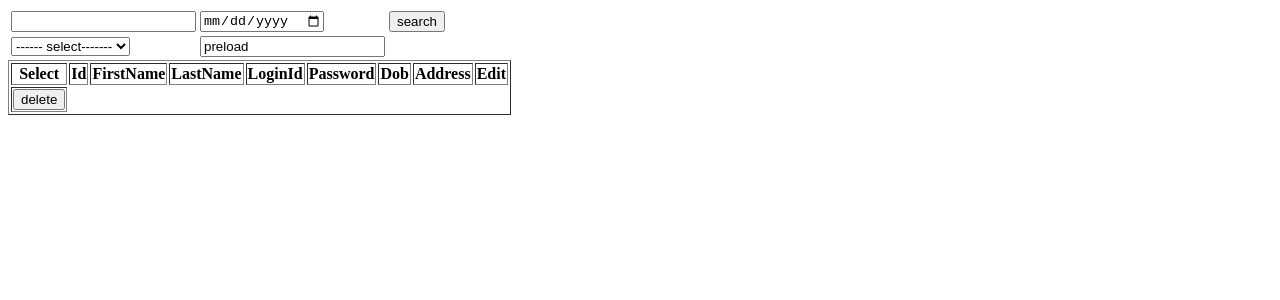
Repository: rish1208/Advance_java
Page: http://localhost/Use-case/UserListCtl
These files come from the project's save history. The page is drawn as it stood at one moment and after the next save; the edit follows.
The browser window is 1280 px wide. The pictures show the whole page.
The page is served by Tomcat 9. Queries for data that is not in the repository find no rows.

Above is the page before, as saved 2024-04-07 21:28:55.

After the next save:
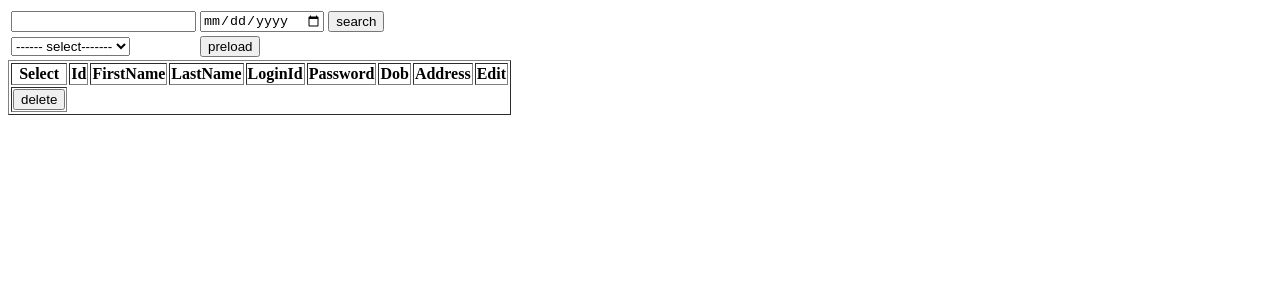
Saved 2 min 24 s later.
--- a/Advance java Workspace/Use-case/WebContent/UserListView.jsp
+++ b/Advance java Workspace/Use-case/WebContent/UserListView.jsp
@@ -33,7 +33,7 @@
 					<%
 						}
 					%>
-			<td><input type=text="submit" name="operation" value="preload"></td>
+			<td><input type="submit" name="operation" value="preload"></td>
 
 		</table>
 		<table border="1%">
